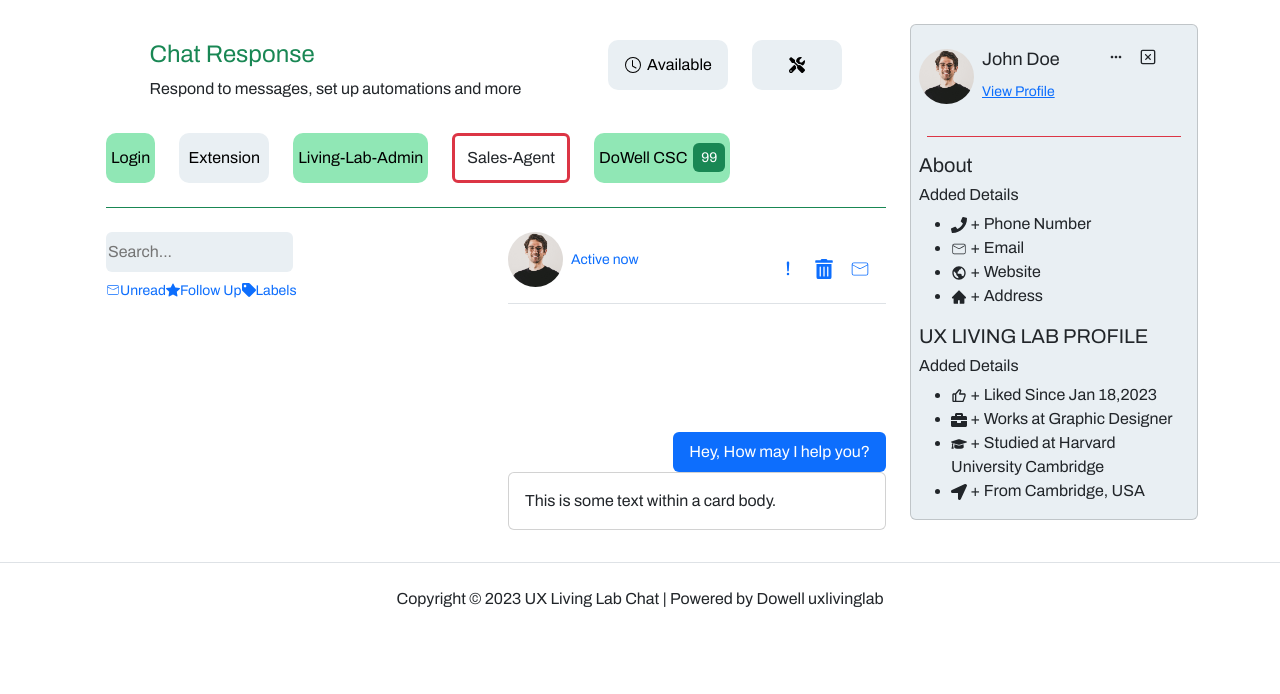
Repository: uh-sman/UX-Living-Lab-Chat
Page: /
These files come from the project's save history. The page is drawn as it stood at one moment and after the next save; the edit follows.
The browser window is 1280 px wide. The pictures show the whole page.
The project was rebuilt for these pictures with package versions that can differ from the ones it lists, and the page was loaded fresh each time.

Above is the page before, as saved 2023-05-10 19:03:57.

### public/index.html
<!DOCTYPE html>
<html lang="en">
  <head>
    <meta charset="utf-8" />
    <link rel="icon" href="%PUBLIC_URL%/favicon.ico" />
    <meta name="viewport" content="width=device-width, initial-scale=1" />
    <meta name="theme-color" content="#000000" />
    <meta
      name="description"
      content="Web site created using create-react-app"
    />
    <link rel="apple-touch-icon" href="%PUBLIC_URL%/logo192.png" />
    <!--
      manifest.json provides metadata used when your web app is installed on a
      user's mobile device or desktop. See https://developers.google.com/web/fundamentals/web-app-manifest/
    -->
    <link rel="manifest" href="%PUBLIC_URL%/manifest.json" />
    <!-- font awsome CDN -->

    <link
      rel="stylesheet"
      href="https://cdn.jsdelivr.net/npm/@fortawesome/fontawesome-free@6.2.1/css/fontawesome.min.css"
      integrity="sha384-QYIZto+st3yW+o8+5OHfT6S482Zsvz2WfOzpFSXMF9zqeLcFV0/wlZpMtyFcZALm"
      crossorigin="anonymous"
    />
    <!--
      Notice the use of %PUBLIC_URL% in the tags above.
      It will be replaced with the URL of the `public` folder during the build.
      Only files inside the `public` folder can be referenced from the HTML.

      Unlike "/favicon.ico" or "favicon.ico", "%PUBLIC_URL%/favicon.ico" will
      work correctly both with client-side routing and a non-root public URL.
      Learn how to configure a non-root public URL by running `npm run build`.
    -->
    <title>React App</title>
  </head>
  <body>
    <noscript>You need to enable JavaScript to run this app.</noscript>
    <div id="root"></div>
    <!--
      This HTML file is a template.
      If you open it directly in the browser, you will see an empty page.

      You can add webfonts, meta tags, or analytics to this file.
      The build step will place the bundled scripts into the <body> tag.

      To begin the development, run `npm start` or `yarn start`.
      To create a production bundle, use `npm run build` or `yarn build`.
    -->
  </body>
</html>

### src/index.css
* {
  text-decoration: none;
}

### src/App.js
import "./App.css";
import "bootstrap/dist/css/bootstrap.min.css";
import "bootstrap/dist/js/bootstrap.bundle.min";
import Container from "./container";
import Footer from "./container/Footer";
function App() {
  return (
    <div className="App">
      <Container />
      <Footer />
    </div>
  );
}

export default App;

### src/App.css
@import url("https://fonts.googleapis.com/css2?family=Archivo&display=swap");
:root {
  --header-color: #0d7813;
  /* --button-color :#00000;
  --button-color :#90E7B5; */
  --bg-color: #e9eff3;
  /* #90E7B5 */

  --font: "Archivo", sans-serif;
}

* {
  text-decoration: none;
  /* list-style: none; */
  font-family: "Archivo", sans-serif;
}

.body {
  font-family: "Archivo", sans-serif;
}
.header {
  color: var(--header-color);
  font-family: "Archivo", sans-serif;
}
.button {
  display: flex;
  align-items: center;
  background: var(--bg-color);
  justify-content: center;
  height: 50px;
  width: 120px;
  gap: 6px;
  border: none;
  border-radius: 10px;
}
.button2 {
  display: flex;
  align-items: center;
  background: var(--bg-color);
  justify-content: center;
  height: 50px;
  width: 90px;
  gap: 6px;
  border: none;
  border-radius: 10px;
}
.button3 {
  display: flex;
  font-weight: 500;
  align-items: center;
  background: #90e7b5;
  justify-content: center;
  height: contain;
  min-width: contain;
  padding: 0px 5px;
  gap: 6px;
  border: none;
  border-radius: 10px;
}
.button4 {
  display: flex;
  align-items: center;
  background: #ff9898;
  justify-content: center;
  height: 50px;
  max-width: contain;
  padding: 0px 5px;
  gap: 6px;
  border: none;
  border-radius: 10px;
}
.image-style {
  width: 55px;
  height: 55px;
  border-radius: 500px;
}
.cardBody {
  background-color: var(--bg-color);
}
.input {
  border: var(--bg-color);
  /* align-items: ; */
  outline: none;
  background: var(--bg-color);
}

### src/container/index.js
import React from "react";
import ChatSection from "./ChatSection";
import DetailsSection from "./DetailsSection";
const Container = () => {
  return (
    <div className="container">
      <div className="d-flex justify-content-around my-4">
        <ChatSection />
        <div className="d-hidden d-md-block">
          <DetailsSection />
        </div>
      </div>
    </div>
  );
};

export default Container;

### src/container/Footer.jsx
import React from "react";

const Footer = () => {
  return (
    <div className=" border-top">
      <div className="d-flex justify-content-center my-4">
        <div className="d-flex align-items-center">
          <p>
            Copyright &copy; 2023 UX Living Lab Chat | Powered by Dowell
            uxlivinglab
          </p>
        </div>
      </div>
    </div>
  );
};

export default Footer;

### src/container/ChatSection.js
import React from "react";
import ChatHeader from "./ChatItems/ChatHeader";
import ProfileHead from "./Chats/message/ProfileHead";
import SearchBar from "./Chats/SearchBar";

const ChatSection = () => {
  return (
    <div className="container">
      <ChatHeader />
      {/* chats come here */}
      <div className="d-flex  flex-column flex-md-column flex-lg-row flex-xl-row flex-xxl-row my-2">
        <SearchBar />
        <ProfileHead />
      </div>
    </div>
  );
};

export default ChatSection;

### src/container/DetailsSection.jsx
import React from "react";
import user from "../assets/user.jpg";
import AboutDetails from "./Details/AboutDetails";
import DetailsSectionButton from "./DetailsSectionButton";
const DetailsSection = ({ title, about }) => {
  return (
    <div className="d-none d-md-block d-lg-block d-xl-block">
      <div
        className="card"
        style={{ width: "18rem", backgroundColor: "#e9eff3" }}
      >
        <div className="mx-2">
          <div className="d-flex gap-5 mt-4 ">
            <figure className="d-flex gap-2">
              <img src={user} className=" image-style" />
              <div className="">
                <h4 className="body fw-bold" style={{ fontSize: "18px" }}>
                  {title}
                </h4>
                <a href="" className="fw-bold" style={{ fontSize: "14px" }}>
                  View Profile
                </a>
              </div>
            </figure>
            <DetailsSectionButton />
          </div>
          <div className="border-bottom border-danger mx-2 my-3"></div>
          <div className=""></div>
          {/* DETAILS */}
          <AboutDetails />
        </div>
      </div>
    </div>
  );
};
DetailsSection.defaultProps = {
  title: "John Doe",
  about: "About",
};

export default DetailsSection;

### src/container/ChatItems/ChatHeader.jsx
import React from "react";
import Buttons from "./Buttons";
import HeaderButtons from "./HeaderButtons";

const ChatHeader = ({ title, caption }) => {
  return (
    <div className="container">
      <div className=" d-flex justify-content-around my-3">
        <header>
          <h1 className="header fs-4 fw-bold text-success">{title}</h1>
          <p className="fw-medium  Header-font">{caption}</p>
        </header>
        <HeaderButtons />
      </div>
      <Buttons />
      <div className="border-bottom border-success my-4"></div>
    </div>
  );
};

export default ChatHeader;
ChatHeader.defaultProps = {
  title: "Chat Response",
  caption: "Respond to messages, set up automations and more",
};

### src/container/Chats/message/ProfileHead.jsx
import React from "react";
import { FaTrashAlt } from "react-icons/fa";
import user from "../../../assets/user.jpg";
import ChatIcons from "./ChatIcons";
import Message from "./Message";
const ProfileHead = () => {
  return (
    <div className="container overflow-y-scroll">
      <div className="d-flex justify-content-between  align-items-center border-bottom">
        <figure className="d-flex gap-2 align-items-center">
          <img src={user} className=" image-style" />
          <div className="">
            {/* Status active now if true show active */}
            <small className="text-primary">Active now</small>
          </div>
        </figure>
        <ChatIcons />
      </div>
      <Message />
    </div>
  );
};

export default ProfileHead;

### src/container/Chats/SearchBar.jsx
import React from "react";
import { FaSearch } from "react-icons/fa";
import Icons from "./Icons";
// BsStarFill;
const SearchBar = () => {
  return (
    <div className="container">
      <div className="overflow-y-scroll">
        <form>
          <input
            className="input rounded bi bi-search py-2"
            placeholder="Search..."
          />
          {/* <i className="bi bi-search"></i> */}
        </form>
        <Icons />
      </div>
    </div>
  );
};

export default SearchBar;

### src/container/Details/AboutDetails.jsx
import React from "react";
import {
  FaPhone,
  FaBriefcase,
  FaGraduationCap,
  FaLocationArrow,
} from "react-icons/fa";
import { CiMail } from "react-icons/ci";
import { BiWorld, BiLike } from "react-icons/bi";
import { AiFillHome } from "react-icons/ai";
const AboutDetails = ({ title, ux }) => {
  const data = [
    {
      phone: "Phone Number",
      email: "Email",
      web: "Website",
    },
  ];
  return (
    <div>
      <div className="">
        <h5>{title}</h5>
        <main>
          <h6>Added Details</h6>
          <div className="">
            <ul>
              <li>
                <FaPhone /> + Phone Number
              </li>
              <li>
                <CiMail /> + Email
              </li>
              <li>
                <BiWorld /> + Website
              </li>
              <li>
                <AiFillHome /> + Address
              </li>
            </ul>
          </div>
        </main>
      </div>
      <div className="">
        <h5>{ux}</h5>
        <main>
          <h6>Added Details</h6>
          <div className="">
            <ul>
              <li>
                <BiLike /> + Liked Since Jan 18,2023
                {/* date from the api */}
              </li>
              <li>
                <FaBriefcase /> + Works at Graphic Designer
              </li>
              <li>
                <FaGraduationCap /> + Studied at Harvard University Cambridge
                {/* Place of work from the api */}
              </li>
              <li>
                <FaLocationArrow /> + From Cambridge, USA
              </li>
            </ul>
          </div>
        </main>
      </div>
    </div>
  );
};

export default AboutDetails;

AboutDetails.defaultProps = {
  title: "About",
  ux: "UX LIVING LAB PROFILE",
};

### src/container/DetailsSectionButton.jsx
import React from "react";
import { MdOutlineMoreHoriz } from "react-icons/md";
import { CgCloseR } from "react-icons/cg";
const DetailsSectionButton = () => {
  return (
    <div>
      <div className="d-flex gap-3">
        <MdOutlineMoreHoriz />
        <CgCloseR />
      </div>
    </div>
  );
};

export default DetailsSectionButton;

### src/container/ChatItems/Buttons.jsx
import React from "react";

const Buttons = () => {
  return (
    <div className="d-flex gap-4 overflow-x-auto">
      <button type="button" className=" button3">
        Login
      </button>
      <button type="button" className=" button2">
        Extension
      </button>
      <button type="button" className=" button3">
        Living-Lab-Admin
      </button>
      <button type="button" className="btn border-danger border-3">
        Sales-Agent
      </button>
      <button type="button" className="button3">
        DoWell CSC
        <small className="bg-success text-white px-2 py-1 rounded">
          {"99"}
        </small>
      </button>
    </div>
  );
};

export default Buttons;

### src/container/ChatItems/HeaderButtons.jsx
import React from "react";
import { BsClock } from "react-icons/bs";
import { FaTools } from "react-icons/fa";
const HeaderButtons = () => {
  return (
    <div className="d-flex gap-4">
      <button type="button" className="button">
        <BsClock className="" />
        Available
      </button>
      <button type="button" className="button2">
        <FaTools />
      </button>
    </div>
  );
};

export default HeaderButtons;

### src/container/Chats/message/ChatIcons.jsx
import React from "react";
import { FaTrashAlt } from "react-icons/fa";
import { BsExclamationLg } from "react-icons/bs";
import { CiMail } from "react-icons/ci";
const ChatIcons = () => {
  return (
    <div className="mx-3">
      <div className="d-flex gap-3">
        <small className="text-primary fs-5"></small>
        <small className="text-primary fs-5">
          <BsExclamationLg />
        </small>
        <small className="text-primary fs-5">
          <FaTrashAlt />
        </small>

        <small className="text-primary fs-5">
          <CiMail />
        </small>
      </div>
    </div>
  );
};

export default ChatIcons;

### src/container/Chats/message/Message.jsx
import React, { useState } from "react";
import ReplyChat from "./ReplyChat";

const Message = () => {
  const [message, setMessage] = useState(true);
  return (
    <div className="">
      <div className="d-flex justify-content-end ">
        {message ? (
          <div
            className="bg-primary text-white rounded d-flex align-items-center align-self-end"
            style={{
              width: "auto",
              height: "40px",
              listStyle: "none",
              marginTop: "8rem",
            }}
          >
            <li className="mx-3">Hey, How may I help you? </li>
          </div>
        ) : null}
      </div>
      <ReplyChat />
    </div>
  );
};

export default Message;

### src/container/Chats/Icons.jsx
import React from "react";
import { CiMail } from "react-icons/ci";
import { BsStarFill } from "react-icons/bs";
import { FaTag } from "react-icons/fa";
const Icons = () => {
  return (
    <div>
      <div className="d-flex text-primary my-2">
        <small className="d-flex align-items-center">
          <CiMail /> Unread
        </small>
        <small className="d-flex align-items-center">
          <BsStarFill /> Follow Up
        </small>
        <small className="d-flex align-items-center">
          <FaTag />
          Labels
        </small>
      </div>
    </div>
  );
};

export default Icons;

### src/container/Chats/message/ReplyChat.jsx
import React from "react";

const ReplyChat = () => {
  return (
    <div>
      <div class="card">
        <div class="card-body">This is some text within a card body.</div>
      </div>
    </div>
  );
};

export default ReplyChat;

Loaded but not shown: src/index.js (common file)

After the next save:
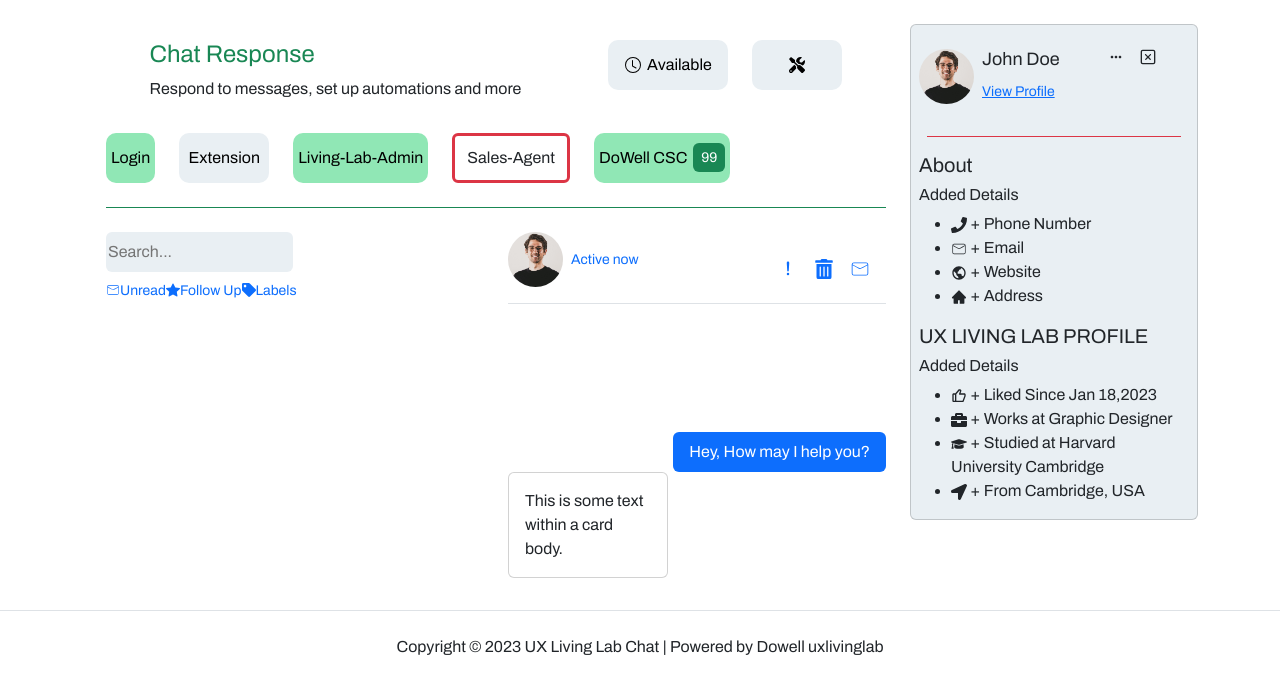
Saved 2 min 2 s later.
--- a/src/container/Chats/message/ReplyChat.jsx
+++ b/src/container/Chats/message/ReplyChat.jsx
@@ -3,7 +3,7 @@ import React from "react";
 const ReplyChat = () => {
   return (
     <div>
-      <div class="card">
+      <div class="card" style={{ width: "10rem" }}>
         <div class="card-body">This is some text within a card body.</div>
       </div>
     </div>
